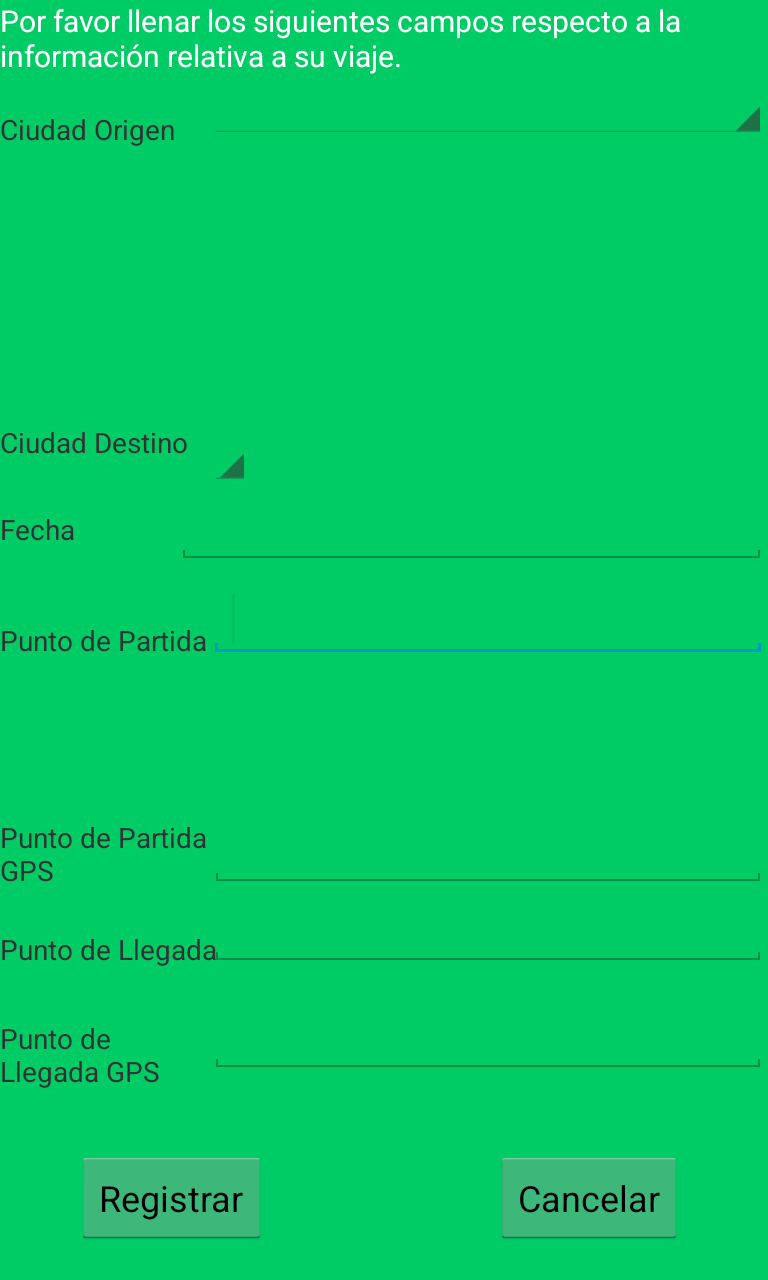
Repository: fmora/ProyectoMultimedios
Layout: MainActivity/MainActivity/res/layout/register_travel.xml
These files come from the project's save history. The layout is drawn as it stood at one moment and after the next save; the edit follows.
It is drawn on a 768 x 1280 px phone screen (xhdpi) without system bars, with theme AppTheme; the app's code is not run.

Above is the layout before, as saved 2013-12-20 01:52:52.

### MainActivity/MainActivity/res/layout/register_travel.xml
<?xml version="1.0" encoding="utf-8"?>
<RelativeLayout xmlns:android="http://schemas.android.com/apk/res/android"
    android:layout_width="match_parent"
    android:layout_height="match_parent"
    android:orientation="vertical"
	android:background="#ff00cc66" >

	<requestFocus />

    <TextView
        android:id="@+id/textView1"
        android:layout_width="wrap_content"
        android:layout_height="wrap_content"
        android:layout_alignParentLeft="true"
        android:text="@string/es_registerTravel"
        android:textSize="15sp"
        android:textColor="#ffffffff" />

    <Button
        android:id="@+id/button2"
        android:layout_width="wrap_content"
        android:layout_height="wrap_content"
        android:layout_alignBaseline="@+id/button1"
        android:layout_alignBottom="@+id/button1"
        android:layout_alignParentRight="true"
        android:layout_marginRight="42dp"
        android:text="@string/es_cancel" />

    <EditText
        android:id="@+id/editText5"
        android:layout_width="wrap_content"
        android:layout_height="wrap_content"
        android:layout_alignBottom="@+id/textView6"
        android:layout_alignLeft="@+id/EditText01"
        android:layout_alignParentRight="true"
        android:ems="10" >

        <requestFocus />
    </EditText>

    <EditText
        android:id="@+id/editText6"
        android:layout_width="wrap_content"
        android:layout_height="wrap_content"
        android:layout_alignBottom="@+id/textView7"
        android:layout_alignParentRight="true"
        android:layout_toRightOf="@+id/TextView02"
        android:ems="10" />

    <EditText
        android:id="@+id/editText3"
        android:layout_width="wrap_content"
        android:layout_height="wrap_content"
        android:layout_alignBaseline="@+id/textView4"
        android:layout_alignBottom="@+id/textView4"
        android:layout_alignParentRight="true"
        android:layout_toRightOf="@+id/textView2" />

    <EditText
        android:id="@+id/EditText02"
        android:layout_width="wrap_content"
        android:layout_height="wrap_content"
        android:layout_alignBaseline="@+id/TextView02"
        android:layout_alignBottom="@+id/TextView02"
        android:layout_alignLeft="@+id/editText6"
        android:layout_alignParentRight="true"
        android:ems="10" />

    <Spinner
        android:id="@+id/spinner1"
        android:layout_width="wrap_content"
        android:layout_height="wrap_content"
        android:layout_alignParentRight="true"
        android:layout_below="@+id/textView1"
        android:layout_toRightOf="@+id/TextView02" />

    <Spinner
        android:id="@+id/spinner2"
        android:layout_width="wrap_content"
        android:layout_height="wrap_content"
        android:layout_above="@+id/editText3"
        android:layout_toRightOf="@+id/TextView01" />

    <TextView
        android:id="@+id/textView2"
        android:layout_width="wrap_content"
        android:layout_height="wrap_content"
        android:layout_alignParentLeft="true"
        android:layout_alignTop="@+id/spinner1"
        android:layout_marginTop="17dp"
        android:text="@string/es_source" />

    <TextView
        android:id="@+id/textView3"
        android:layout_width="wrap_content"
        android:layout_height="wrap_content"
        android:layout_alignParentLeft="true"
        android:layout_alignTop="@+id/spinner2"
        android:text="@string/es_destination" />

    <TextView
        android:id="@+id/textView4"
        android:layout_width="wrap_content"
        android:layout_height="wrap_content"
        android:layout_above="@+id/editText5"
        android:layout_alignParentLeft="true"
        android:layout_marginBottom="16dp"
        android:text="@string/es_date" />

    <TextView
        android:id="@+id/textView6"
        android:layout_width="wrap_content"
        android:layout_height="wrap_content"
        android:layout_alignParentLeft="true"
        android:layout_centerVertical="true"
        android:text="@string/es_sourcePoint" />

    <EditText
        android:id="@+id/EditText01"
        android:layout_width="wrap_content"
        android:layout_height="wrap_content"
        android:layout_alignBottom="@+id/TextView01"
        android:layout_alignLeft="@+id/editText6"
        android:layout_alignParentRight="true"
        android:ems="10" />

    <TextView
        android:id="@+id/TextView01"
        android:layout_width="wrap_content"
        android:layout_height="wrap_content"
        android:layout_above="@+id/editText6"
        android:layout_alignRight="@+id/textView6"
        android:text="@string/es_sourcePointGPS" />

    <TextView
        android:id="@+id/TextView02"
        android:layout_width="wrap_content"
        android:layout_height="wrap_content"
        android:layout_above="@+id/button1"
        android:layout_alignParentLeft="true"
        android:layout_marginBottom="30dp"
        android:layout_toLeftOf="@+id/spinner2"
        android:text="@string/es_destinationPointGPS" />

    <TextView
        android:id="@+id/textView7"
        android:layout_width="wrap_content"
        android:layout_height="wrap_content"
        android:layout_above="@+id/EditText02"
        android:layout_alignLeft="@+id/TextView01"
        android:layout_marginBottom="14dp"
        android:text="@string/es_destinationPoint" />

    <Button
        android:id="@+id/button1"
        android:layout_width="wrap_content"
        android:layout_height="wrap_content"
        android:layout_alignParentBottom="true"
        android:layout_marginBottom="17dp"
        android:layout_toRightOf="@+id/textView4"
        android:text="@string/es_register" />

</RelativeLayout>

### MainActivity/MainActivity/res/values/strings.xml
<?xml version="1.0" encoding="utf-8"?>
<resources>

    <string name="app_name">Carpooling</string>
    <string name="action_settings">Settings</string>
    <string name="hello_world">Hello world!</string>
    <string name="es_registerTravel">Por favor llenar los siguientes campos respecto a la información relativa a su viaje.</string>
    <string name="es_source">Ciudad Origen</string>
    <string name="es_destination">Ciudad Destino</string>
    <string name="es_date">Fecha</string>
    <string name="es_hour">Hora</string>
    <string name="es_sourcePoint">Punto de Partida</string>
    <string name="es_sourcePointGPS">Punto de Partida GPS</string>
    <string name="es_destinationPoint">Punto de Llegada</string>
    <string name="es_destinationPointGPS">Punto de Llegada GPS</string>
    <string name="es_register">Registrar</string>
    <string name="es_cancel">Cancelar</string>
    <string name="title_activity_register_travel">Registro de Viaje</string>
    <string name="es_registring">Registrando</string>
    <string name="es_canceling">Cancelado</string>
    <string name="es_finish">Finalizado</string>
    <string name="es_registered">Registrado</string>
    <string name="es_loaded">Datos Cargados</string>
    <string name="es_search">Buscar</string>
    <string name="name">user</string>
    <string name="pass">pass</string>
    <string name="error_message">Usuario y contraseña incorrectos, por favor ingrese nuevamente.</string>
    <string name="title_activity_search__travel">Search_Travel</string>
    <string name="title_activity_search_travel">SearchTravel</string>

</resources>

Loaded but not shown: MainActivity/MainActivity/res/values/styles.xml (common file); MainActivity/MainActivity/res/values-v11/styles.xml (common file); MainActivity/MainActivity/res/values-v14/styles.xml (common file)

After the next save:
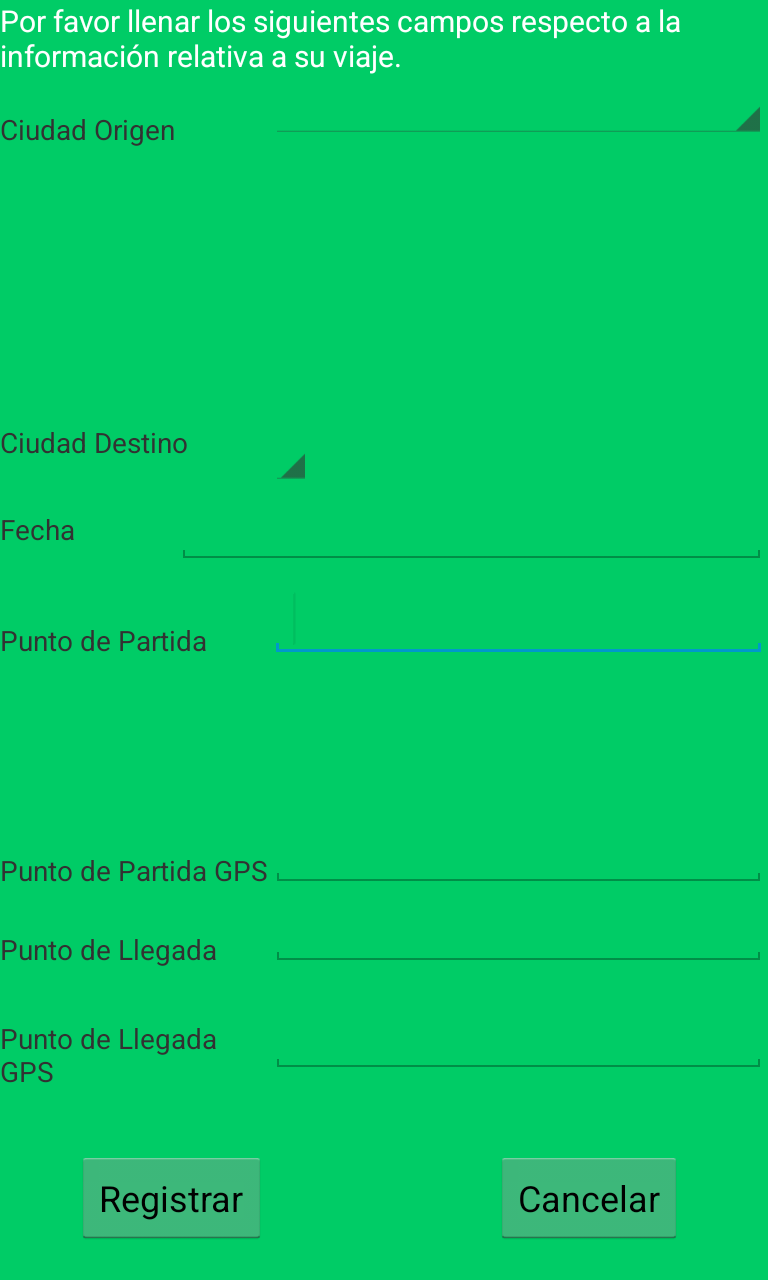
Saved 62 s later.
--- a/MainActivity/MainActivity/res/layout/register_travel.xml
+++ b/MainActivity/MainActivity/res/layout/register_travel.xml
@@ -125,14 +125,6 @@
         android:ems="10" />
 
     <TextView
-        android:id="@+id/TextView01"
-        android:layout_width="wrap_content"
-        android:layout_height="wrap_content"
-        android:layout_above="@+id/editText6"
-        android:layout_alignRight="@+id/textView6"
-        android:text="@string/es_sourcePointGPS" />
-
-    <TextView
         android:id="@+id/TextView02"
         android:layout_width="wrap_content"
         android:layout_height="wrap_content"
@@ -160,4 +152,12 @@
         android:layout_toRightOf="@+id/textView4"
         android:text="@string/es_register" />
 
+    <TextView
+        android:id="@+id/TextView01"
+        android:layout_width="wrap_content"
+        android:layout_height="wrap_content"
+        android:layout_above="@+id/editText6"
+        android:layout_alignParentLeft="true"
+        android:text="@string/es_sourcePointGPS" />
+
 </RelativeLayout>
